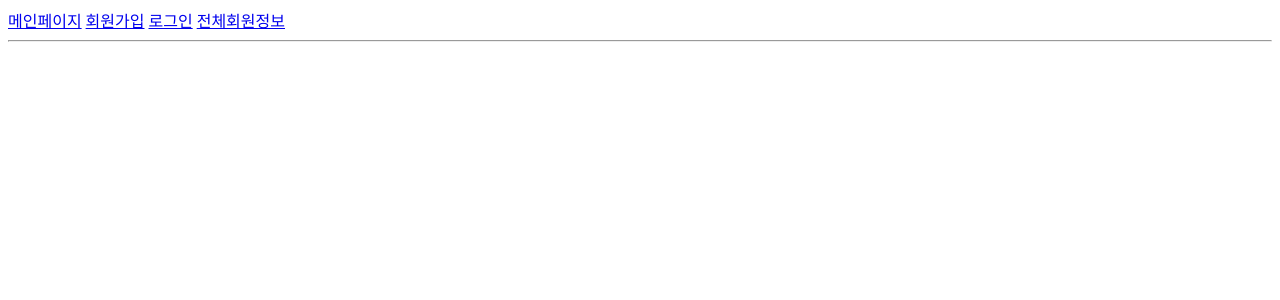
Repository: fellownew/web_workspace
Page: http://localhost/BankSystem_FrontController/createAccount_form.jsp
An editor plug-in stored every save of this project. The page is shown before and after the next save, followed by the edit.
The browser window is 1280 px wide. The pictures show the whole page.
The page is served by Tomcat 9. Nobody is signed in. The application's start-up code is not run.

Above is the page before, as saved 2015-04-13 23:48:58.

After the next save:
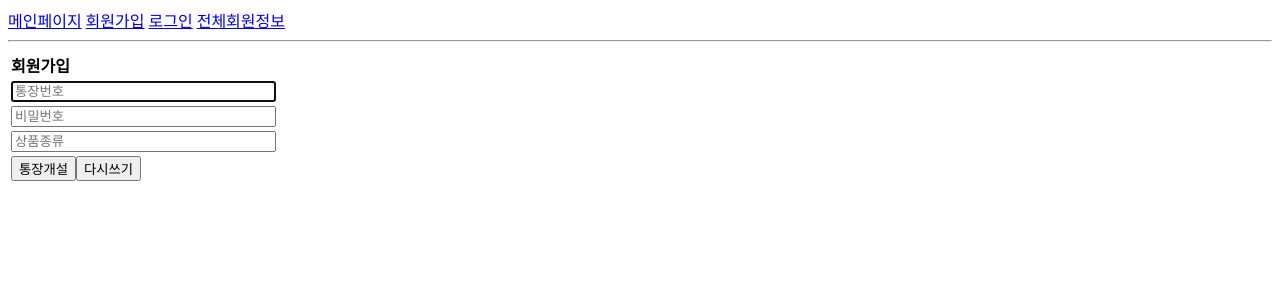
Saved 4 min 27 s later.
--- a/BankSystem_FrontController/WebContent/createAccount_form.jsp
+++ b/BankSystem_FrontController/WebContent/createAccount_form.jsp
@@ -7,6 +7,25 @@
 <title>통장 개설</title>
 </head>
 <body>
-
+<form action="/BankSystem_FrontController/controller" method="post">
+	<input type="hidden" name="command" value="createAccount">
+	<table>
+		<tr>
+			<td><b>회원가입</b></td>
+		</tr>
+		<tr>
+			<td><input type="text" name="id" size="30" placeholder="통장번호" required="required" maxlength="10" autofocus="autofocus"></td>
+		</tr>
+		<tr>
+			<td><input type="password" name="password" size="30" placeholder="비밀번호" required="required" maxlength="20"></td>
+		</tr>
+		<tr>
+			<td><input type="text" name="type" size="30" placeholder="상품종류" required="required" maxlength="15"></td>
+		</tr>
+		<tr>
+			<td><input type="submit" value="통장개설"><input type="reset" value="다시쓰기"> </td>
+		</tr>
+	</table>
+</form>
 </body>
 </html>
